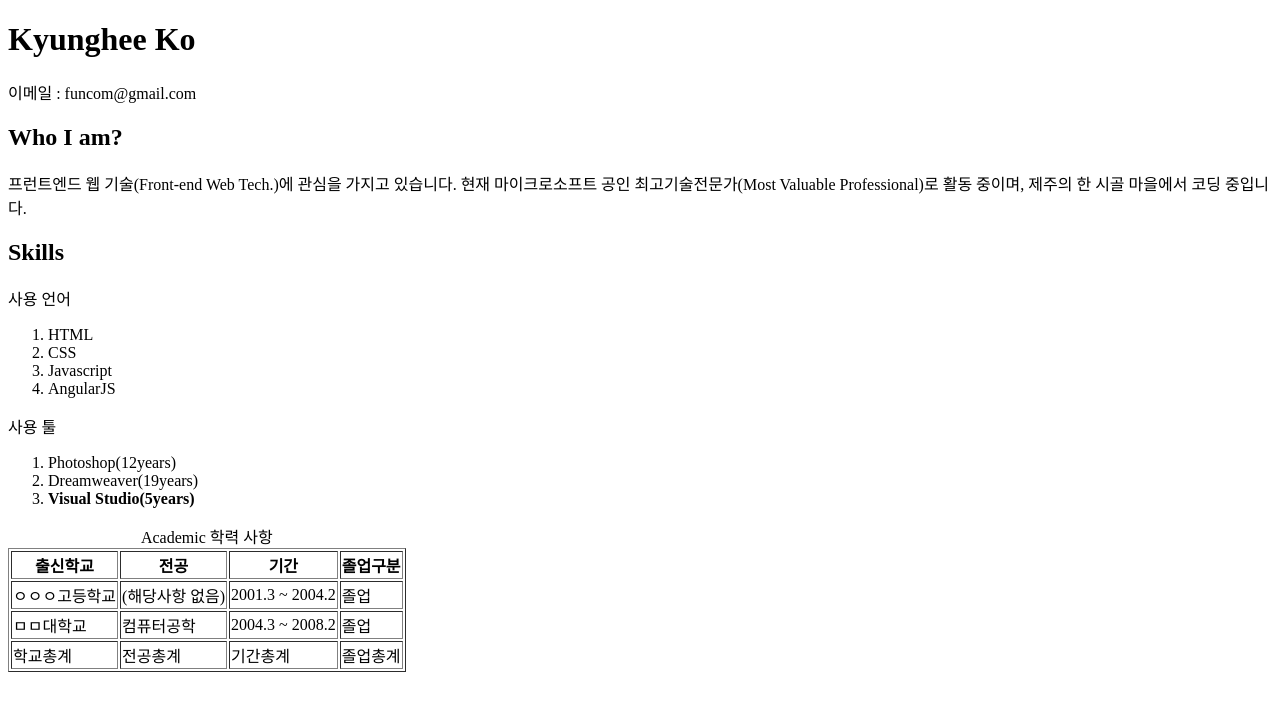
Repository: seulhwangbo/SeulJSP
Page: jspSrc17/webStandard01/src/main/webapp/02/resume.html
These files come from the project's save history. The page is drawn as it stood at one moment and after the next save; the edit follows.
The browser window is 1280 px wide. The pictures show the whole page.

Above is the page before, as saved 2024-06-13 07:42:42.

### jspSrc17/webStandard01/src/main/webapp/02/resume.html
<!DOCTYPE html>
<html>
<head>
<meta charset="UTF-8">
<title>Insert title here</title>
</head>
<body>
	<h1>Kyunghee Ko</h1>
	<p>이메일 : funcom@gmail.com</p>
	<h2>Who I am?</h2>
	<p>프런트엔드 웹 기술(Front-end Web Tech.)에 관심을 가지고 있습니다. 현재 마이크로소프트 공인
		최고기술전문가(Most Valuable Professional)로 활동 중이며, 제주의 한 시골 마을에서 코딩 중입니다.</p>

	<h2>Skills</h2>
	<p>사용 언어</p>

	<ol>
		<li>HTML</li>
		<li>CSS</li>
		<li>Javascript</li>
		<li>AngularJS</li>
	</ol>
	</li>
	<p>사용 툴</p>
	<ol>
		<li>Photoshop(12years)</li>
		<li>Dreamweaver(19years)</li>
		<li><strong>Visual Studio(5years)</strong></li>
	</ol>
	<table border="1">
		<caption>Academic 학력 사항</caption>
		<thead>
			<th>출신학교</th>
			<th>전공</th>
			<th>기간</th>
			<th>졸업구분</th>
		</thead>
		<tr>
			<td>ㅇㅇㅇ고등학교</td>
			<td>(해당사항 없음)</td>
			<td>2001.3 ~ 2004.2</td>
			<td>졸업</td>
		</tr>
			<tr>
				<td>ㅁㅁ대학교</td>
				<td>컴퓨터공학</td>
				<td>2004.3 ~ 2008.2</td>
				<td>졸업</td>
		<tfoot>
			<tr>
				<td>학교총계</td>
				<td>전공총계</td>
				<td>기간총계</td>
				<td>졸업총계</td>
			</tr>
		</tfoot>
	</table>
</body>
</html>

After the next save:
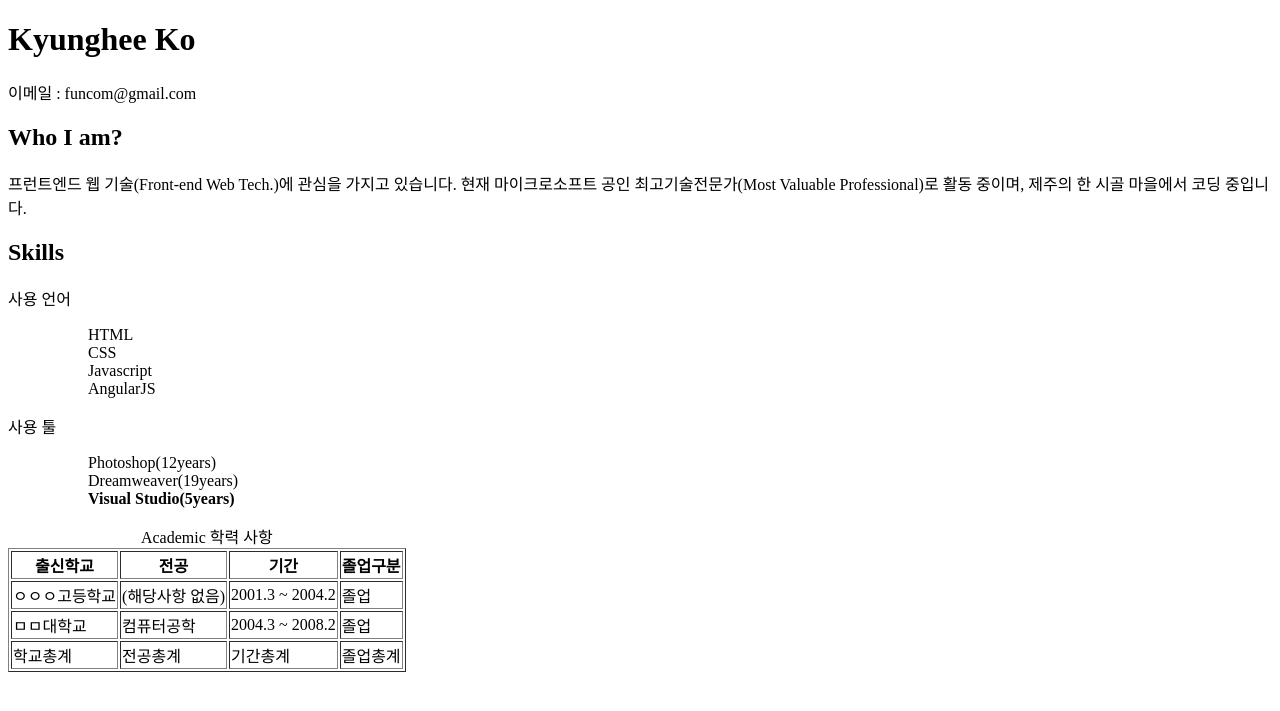
Saved 68 s later.
--- a/jspSrc17/webStandard01/src/main/webapp/02/resume.html
+++ b/jspSrc17/webStandard01/src/main/webapp/02/resume.html
@@ -15,17 +15,17 @@
 	<p>사용 언어</p>
 
 	<ol>
-		<li>HTML</li>
-		<li>CSS</li>
-		<li>Javascript</li>
-		<li>AngularJS</li>
+		<ul>HTML</ul>
+		<ul>CSS</ul>
+		<ul>Javascript</ul>
+		<ul>AngularJS</ul>
 	</ol>
 	</li>
 	<p>사용 툴</p>
 	<ol>
-		<li>Photoshop(12years)</li>
-		<li>Dreamweaver(19years)</li>
-		<li><strong>Visual Studio(5years)</strong></li>
+		<ul>Photoshop(12years)</ul>
+		<ul>Dreamweaver(19years)</ul>
+		<strong><ul>Visual Studio(5years)</ul></strong>
 	</ol>
 	<table border="1">
 		<caption>Academic 학력 사항</caption>
